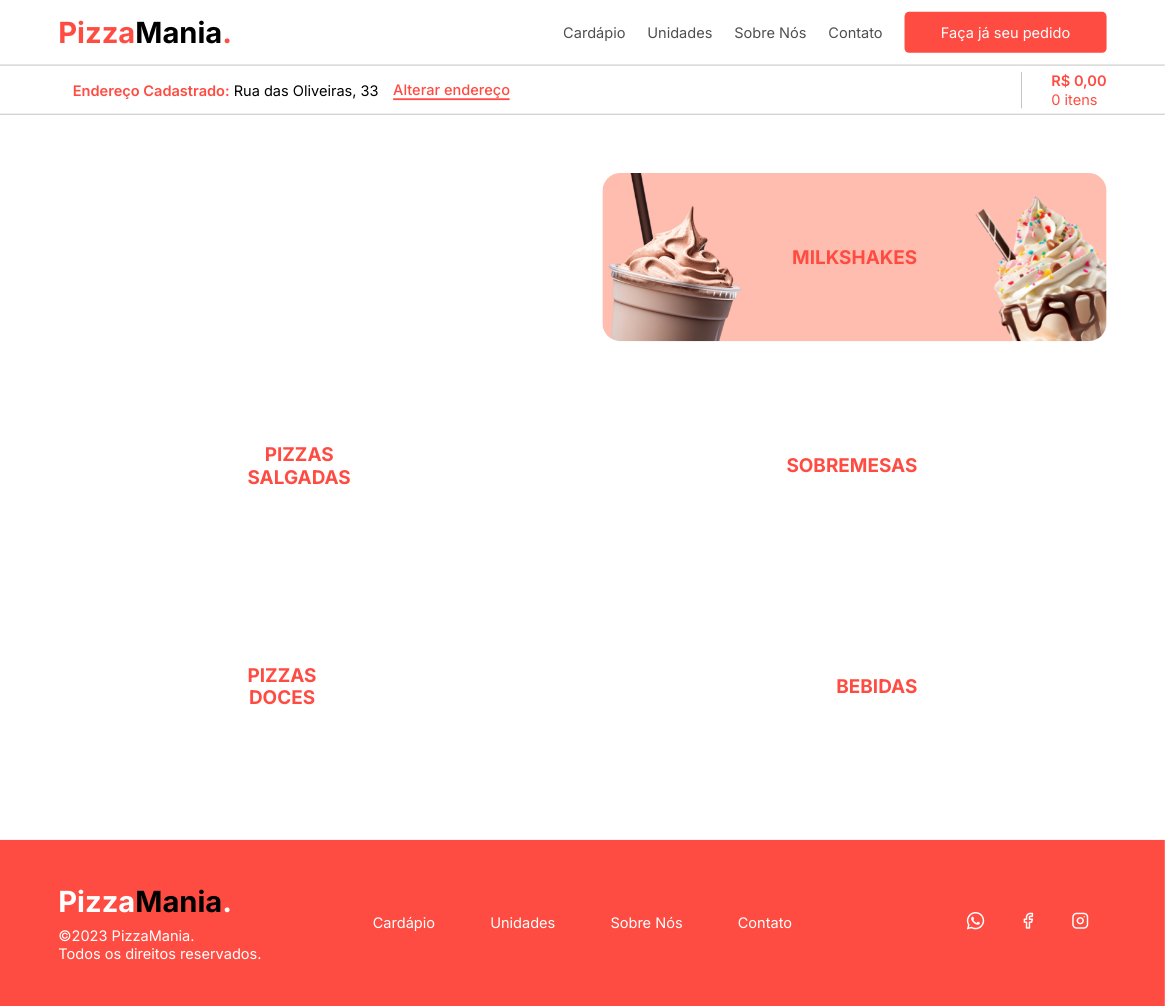
Repository: lucas-albuq/PizzaMania
Page: assets/pages/cardapio.html
These files come from the project's save history. The page is drawn as it stood at one moment and after a run of saves; the edit follows.
The browser window is 1280 px wide. The pictures show the whole page, at 91% of full size.
Some icons come from a web library that is not loaded, so they are not drawn. Some web libraries are served in a nearby version.

Above is the page before, as saved 2024-01-04 21:06:20.

### assets/pages/cardapio.html
<!DOCTYPE html>
<html lang="en">
<head>
    <meta charset="UTF-8">
    <meta name="viewport" content="width=device-width, initial-scale=1.0">
    <title>PizzaMania. - Cardápio</title>
    <link rel='stylesheet' href='https://cdn-uicons.flaticon.com/2.0.0/uicons-regular-rounded/css/uicons-regular-rounded.css'>
    <link rel="stylesheet" href="/assets/fonts/style.css">
    <link rel="stylesheet" href="/assets/css/pizzamania.css">
</head>
<body>
    <div id="header"></div>
    <main>
        <div class="categorias-cardapio">
            <a href="#">

            </a>
            <a href="#">

            </a>
            <a href="#">

            </a>
            <a href="#">

            </a>
            <a href="#">

            </a>
            <div class="milkshakes">
                <h2>Milkshakes</h2>
            </div>
            <div class="pizzas-salgadas">
                <h2>Pizzas <br>Salgadas</h2>
            </div>
            <div class="sobremesas">
                <h2>Sobremesas</h2>
            </div>
            <div class="pizzas-doces">
                <h2>Pizzas <br>Doces</h2>
            </div>
            <div class="bebidas">
                <h2>Bebidas</h2>
            </div>
        </div>
    </main>
    <div id="footer"></div>
    <script src="https://ajax.googleapis.com/ajax/libs/jquery/3.1.0/jquery.min.js"></script>
    <script src="../../main.js"></script>
</body>
</html>

### assets/fonts/style.css
@font-face {
  font-family: 'icomoon';
  src:  url('fonts/icomoon.eot?r532as');
  src:  url('fonts/icomoon.eot?r532as#iefix') format('embedded-opentype'),
    url('fonts/icomoon.ttf?r532as') format('truetype'),
    url('fonts/icomoon.woff?r532as') format('woff'),
    url('fonts/icomoon.svg?r532as#icomoon') format('svg');
  font-weight: normal;
  font-style: normal;
  font-display: block;
}

[class^="icon-"], [class*=" icon-"] {
  /* use !important to prevent issues with browser extensions that change fonts */
  font-family: 'icomoon' !important;
  speak: never;
  font-style: normal;
  font-weight: normal;
  font-variant: normal;
  text-transform: none;
  line-height: 1;

  /* Better Font Rendering =========== */
  -webkit-font-smoothing: antialiased;
  -moz-osx-font-smoothing: grayscale;
}

.icon-delivery:before {
  content: "\e909";
}
.icon-pizza:before {
  content: "\e90a";
}
.icon-fatia:before {
  content: "\e90b";
}
.icon-whatsapp:before {
  content: "\e900";
}
.icon-brand:before {
  content: "\e900";
}
.icon-social:before {
  content: "\e900";
}
.icon-facebook:before {
  content: "\e902";
}
.icon-instagram:before {
  content: "\e903";
}
.icon-mail:before {
  content: "\e904";
}
.icon-map-pin:before {
  content: "\e905";
}
.icon-menu:before {
  content: "\e901";
}
.icon-phone:before {
  content: "\e906";
}
.icon-x:before {
  content: "\e907";
}
.icon-youtube:before {
  content: "\e908";
}

### assets/css/pizzamania.css
@import url('https://fonts.googleapis.com/css2?family=Inter:wght@100;200;300;400;500;600;700;800;900&display=swap');

:root {
  --base-hue: 3;
  --primary-color: hsl(var(--base-hue), 100%, 63%);
  --secondary-color: hsl(var(--base-hue), 0%, 0%);
  --text-color: hsl(var(--base-hue), 0%, 31%);
  --text-hover-color: hsl(var(--base-hue), 0%, 51%);
  --background-color: hsl(var(--base-hue), 0%, 100%);
  --button-background: hsl(var(--base-hue), 100%, 63%);
  --button-hover-background: hsl(var(--base-hue), 67%, 47%);
  --divider-color: hsl(var(--base-hue), 0%, 75%);
  --shadow-color:rgba(0, 0, 0, 0.25);
  --box-shadow: 0px 2px 8px 0px rgba(0, 0, 0, 0.25);
}

* {
  padding: 0;
  margin: 0;
  scroll-behavior: smooth;
  font-family: 'Inter', sans-serif;
  box-sizing: border-box;
}

header {
  display: flex;
  flex-direction: column;
  align-items: center;
}

main{
  max-width: 80em;
  width: 90%;
  margin: 4em auto;
  display: flex;
  flex-direction: column;
  gap: 4em;
}

section{
  display: flex;
  flex-direction: column;
  gap: 2em;
}

h2{
  font-size: 1.3em;
  color: var(--primary-color);
  text-transform: uppercase;
}

h3{
  font-size: 1.2em;
}

.header1, .header2 {
  display: flex;
  max-width: 80em;
  width: 90%;
  justify-content: space-between;
  align-items: center;
}

.header1 {
  padding: .8em 0;
}

.header2 {
  padding: .4em 0;
}

.header1 h1 a {
  color: var(--primary-color);
  font-size: 2rem;
}

.header1 h1 span {
  color: var(--secondary-color);
}

.header1_menus {
  display: flex;
  gap: 1.5em;
}

.header1 nav {
  display: flex;
  align-items: center;
}

.header1 ul {
  display: flex;
  list-style-type: none;
  align-items: center;
  justify-content: center;
  gap: 1.5em;
  align-items: center;
}

.header1 a {
  text-decoration: none;
  color: var(--text-color);
  font-size: 1rem;
  transition: color .2s;
}

.header1 nav a:hover {
  color: var(--text-hover-color);
}

.header1 button {
  padding: .8em 2.5em;
  border-radius: 5px;
  line-height: initial;
  align-self: center;
  background-color: var(--button-background);
  border: none;
  color: #FFF;
  font-size: 1rem;
  cursor: pointer;
  transition: background .2s;
}

.header1 button:hover {
  background-color: var(--button-hover-background);
}

.divider {
  border-bottom: 1px solid var(--divider-color);
  width: 100%;
}

.header2 .endereco, .header2 .carrinho {
  display: flex;
  gap: 1em;
  align-items: center;
}

.header2 .carrinho {
  border-left: 1px solid var(--divider-color);
  padding-left: 1em;
  cursor: pointer;
}

.header2 .fi, .header2 span, .carrinho p {
  color: var(--primary-color);
  transition: color .2s;
}

.header2 .endereco button {
  background: none;
  border: none;
  font-size: 1rem;
  color: var(--primary-color);
  font-weight: 500;
  border-bottom: 2px solid var(--primary-color);
  cursor: pointer;
  transition: color .2s;
}

.header2 .endereco button:hover {
  color: var(--button-hover-background);
  border-color: var(--button-hover-background);
}

.header2 .carrinho:hover .valor p, .carrinho:hover .fi {
  color: var(--button-hover-background);
}

.header2 span, .carrinho p:first-child {
  font-weight: 600;
}

footer{
  background-color: var(--primary-color);
}
footer .footer{
  display: flex;
  max-width: 80em;
  width: 90%;
  margin: 0 auto;
  justify-content: space-between;
  align-items: center;
  padding: 3em 0;
}
.footer .footer-menu{
  width: 40%;
}
.footer .footer-menu ul{
  display: flex;
  list-style-type: none;
  justify-content: space-between;
}
.footer .footer-menu a{
  color: var(--background-color);
  text-decoration: none;
  transition: color .2s
}
.footer-menu a:hover{
  color: var(--divider-color)
}
.footer-logo-copy, .footer-social-medias{
  width: 20%;
}
.footer-social-medias{
  display: flex;
  justify-content: end;
  align-items: center;
}
.footer-social-medias a{
  text-decoration: none;
}
.footer-social-medias div {
  color: var(--background-color);
  font-size: 1.2rem;
  padding: 1em;
  transition: all .5s ease;
}

.footer-social-medias div:hover {
  transform: translateY(-5px);
}
.footer-social-medias div::after{
  content: "";
  display: block;
  width: 0;
  height: 3px;
  margin-top: 3px;
  border-radius: 5px;
  background: var(--background-color);
  transition: all .2s ease;
}
.footer-social-medias div:hover::after{
  width: 100%;
}
.footer-logo-copy{
  display: flex;
  flex-direction: column;
  gap: .5em;
  color: var(--background-color)
}
.footer-logo-copy a{
  color: var(--background-color);
  text-decoration: none;
}
.footer-logo-copy a span{
  color: var(--secondary-color);
}
.servicos > div{
  display: flex;
  justify-content: space-between;
}
.servicos > div > div{
  box-shadow: var(--box-shadow);
  display: flex;
  flex-direction: column;
  align-items: center;
  justify-content: center;
  padding: 2.5em;
  width: 30%;
  gap: 1.5em;
  border-radius: 20px;
  border-bottom: var(--primary-color) solid 8px;
}

.servicos img{
  height: 3.5em;
}

.servicos p{
  text-align: center;
}

.carrossel .swiper {
  width: 100%;
  aspect-ratio: 16/6;
  border-radius: 20px;
}
.carrossel .swiper img{
  width: 100%;
  aspect-ratio: 16/6;
  filter: brightness(75%);
}
.swiper-pagination-bullet{
  padding: 3px;
}
.swiper-pagination-bullet-active{
  background: var(--primary-color);
}
.swiper-button-next, .swiper-button-prev{
  color: #FFF
}
.promocoes .swiper-slide, .assessments .swiper-slide{
  padding: 1em .2em;
}
.promocoes .card{
  display: flex;
  flex-direction: column;
  padding: 2em;
  gap: 2em;
  box-shadow: var(--box-shadow);
  border-radius: 20px;
}
.promocoes .card-top, .promocoes .card-bottom{
  display: flex;
  justify-content: space-between;
}
.promocoes .card-top-text{
  width: 65%;
  display: flex;
  flex-direction: column;
  gap: 1em;
}
.promocoes .card-top-image{
  width: 35%;
}
.promocoes .card-top-image img{
  width: 100%;
}
.promocoes .card-bottom p span{
  font-weight: bold;
  font-size: 1.2em;
}
.promocoes .card-bottom button{
  border: none;
  background: var(--button-background);
  padding: 0 3em;
  border-radius: 5px;
  color: #FFF;
  font-size: 1rem;
  cursor: pointer;
  transition: background .2s;
}
.promocoes .card-bottom button:hover{
  background: var(--button-hover-background);
}
.swiper-container{
  overflow: hidden;
}
/*Novamente reutilizando código antigo meu (é meu msm)*/
.assessments .assessments__container .swiper-wrapper{
  display: flex;
  flex-wrap: nowrap;
}
.assessments .assessments__container .assessments__assessment blockquote{
  padding: 2em;
  box-shadow: var(--box-shadow);
  border-radius: 20px;
  height: auto;
  width: 100%;
}
.assessments .assessments__container .assessments__assessment p{
  position: relative;
  text-indent: 1.875rem;
  margin-bottom: 1.5rem;
  color: var(--title-color);
}
.assessments .assessments__container .assessments__assessment p span{
  font-size: 4rem;
  font-family: serif;
  font-weight: 700;
  position: absolute;
  color: var(--primary-color);
  top: -1.375rem;
  left: -2.300rem;
}
.assessments .assessments__container .assessments__assessment cite {
  display: flex;
  align-items: center;
  font-style: normal;
  text-transform: capitalize;
}
.assessments .assessments__container .assessments__assessment cite img{
  height: 2rem;
  width: 2rem;
  object-fit: cover;
  clip-path: circle();
  margin-right: 0.5rem;
}
.categorias-cardapio{
  display: flex;
  flex-wrap: wrap;
  gap: 2em;
  justify-content: space-between;
}
.categorias-cardapio > div{
  padding: 5em 13em;
  text-align: center;
  display: flex;
  align-items: center;
  border-radius: 20px;
}
.categorias-cardapio h2{
  align-self: center
}
.categorias-cardapio .milkshakes{
  background-image: url("/assets/images/Milkshakes.png");
  background-size: 100% auto;
  background-position: center;
  background-repeat: no-repeat;

}

### main.js
document.addEventListener('DOMContentLoaded', function() {
    const header = document.getElementById('header');
    const footer = document.getElementById('footer');

    fetch('/assets/html/header.html')
        .then(response => response.text())
        .then(data => {
            header.innerHTML = data;

            const fazerPedido = document.querySelector(".header1_menus button");
            fazerPedido.addEventListener("click", () => window.open('./assets/pages/cardapio.html', '_self'));
        });

    fetch('/assets/html/footer.html')
        .then(response => response.text())
        .then(data => {
            footer.innerHTML = data;
        });
});

### assets/html/header.html
<header>
        <div class="header1">
            <h1><a href="/index.html">Pizza<span>Mania</span>.</a></h1>
            <div class="header1_menus">
                <nav>
                    <ul>
                        <li><a href="#">Cardápio</a></li>
                        <li><a href="#">Unidades</a></li>
                        <li><a href="#">Sobre Nós</a></li>
                        <li><a href="#">Contato</a></li>
                    </ul>
                </nav>
                <button>
                    Faça já seu pedido
                </button>
            </div>
        </div>
        <div class="divider"></div>
        <div class="header2">
            <div class="endereco">
                <i class="fi fi-rr-home"></i>
                <p><span>Endereço Cadastrado:</span> Rua das Oliveiras, 33</p>
                <button>Alterar endereço</button>
            </div>
            <div class="carrinho">
                <i class="fi fi-rr-shopping-cart"></i>
                <div class="valor">
                    <p>R$ 0,00</p>
                    <p>0 itens</p>
                </div>
            </div>
        </div>
        <div class="divider"></div>
    </header>

### assets/html/footer.html
<footer>
    <div class="footer">
        <div class="footer-logo-copy">
            <h1><a href="/index.html">Pizza<span>Mania</span>.</a></h1>
            <p>
                ©2023 PizzaMania. <br>
                Todos os direitos reservados.
            </p>
        </div>
        <nav class="footer-menu">
            <ul>
                <li><a href="">Cardápio</a></li>
                <li><a href="">Unidades</a></li>
                <li><a href="">Sobre Nós</a></li>
                <li><a href="">Contato</a></li>
            </ul>
        </nav>
        <div class="footer-social-medias">
            <a href="#">
                <div class="icon-whatsapp"></div>
            </a>
            <a href="#">
                <div class="icon-facebook"></div>
            </a>
            <a href="#">
                <div class="icon-instagram"></div>
            </a>
        </div>
    </div>
</footer>

After the next 2 saves:
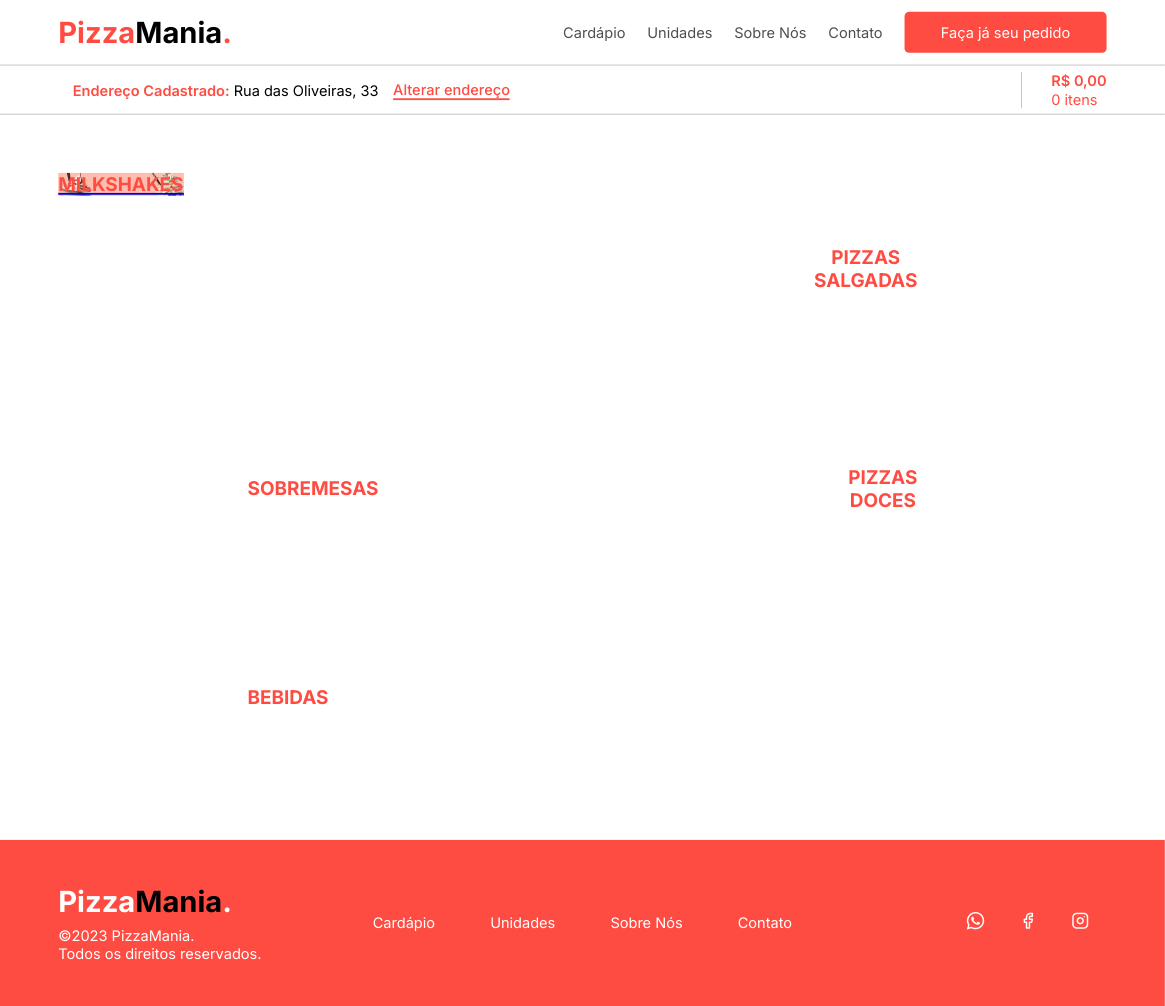
The 2 saves are shown as one change because they came seconds apart.
The last was saved 6 s later.
--- a/assets/pages/cardapio.html
+++ b/assets/pages/cardapio.html
@@ -13,7 +13,9 @@
     <main>
         <div class="categorias-cardapio">
             <a href="#">
-
+                <div class="milkshakes">
+                    <h2>Milkshakes</h2>
+                </div>
             </a>
             <a href="#">
 
@@ -27,9 +29,6 @@
             <a href="#">
 
             </a>
-            <div class="milkshakes">
-                <h2>Milkshakes</h2>
-            </div>
             <div class="pizzas-salgadas">
                 <h2>Pizzas <br>Salgadas</h2>
             </div>
